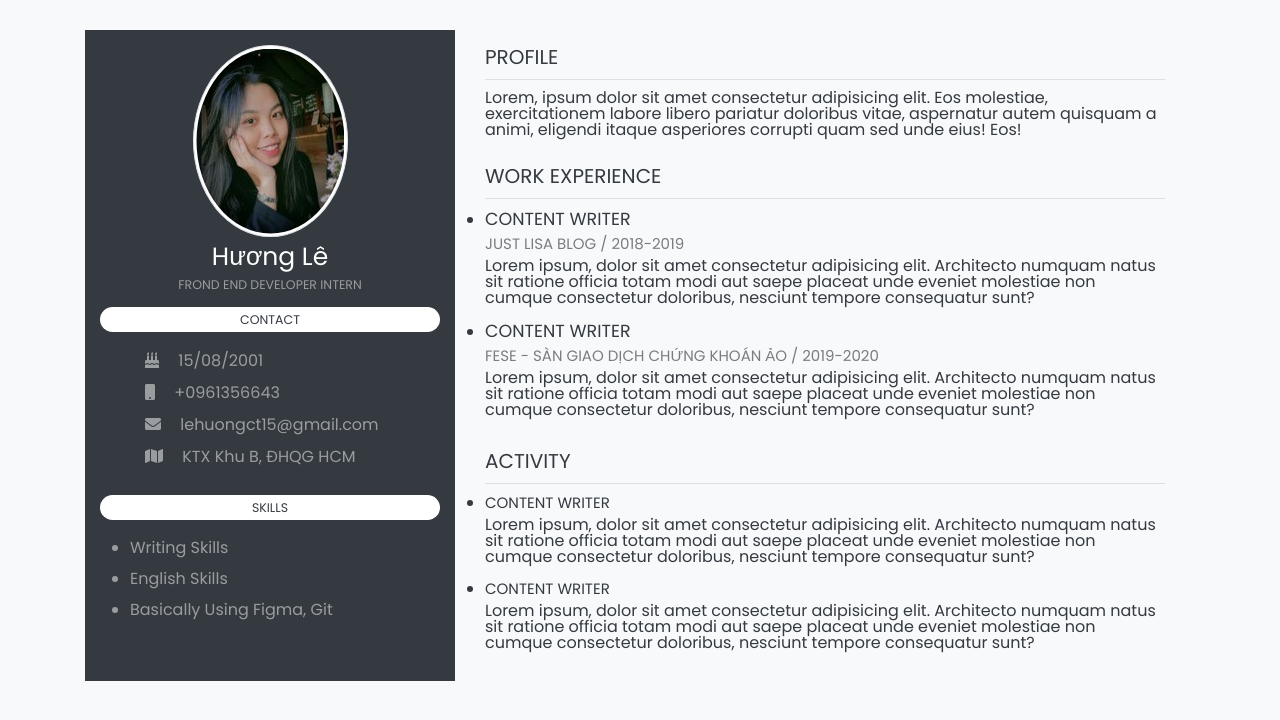
Repository: huongle158/cvhuongle
Page: index.html
An editor plug-in stored every save of this project. The page is shown before and after the next save, followed by the edit.
The browser window is 1280 px wide. The pictures show the whole page.
Some web libraries are served in a nearby version.

Above is the page before, as saved 2021-12-12 23:51:41.

After the next save:
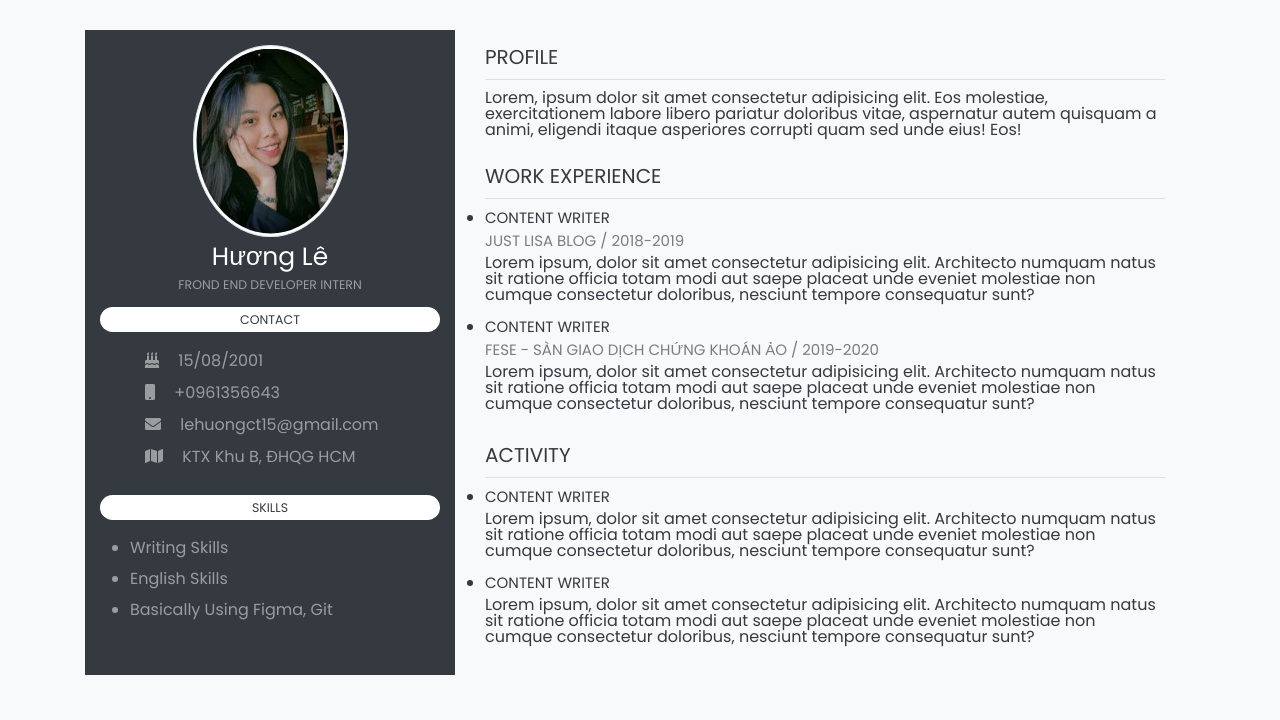
Saved 25 s later.
--- a/index.html
+++ b/index.html
@@ -85,12 +85,12 @@
                 <hr>
                 <ul class="list">
                 <li class="list-item mb-4">
-                    <h3 class="display-6 text-uppercase">Content Writer</h3>
+                    <h4 class="display-6 text-uppercase">Content Writer</h4>
                     <h4 class="text-uppercase text-black-50">Just Lisa blog  / 2018-2019</h4>
                     <p>Lorem ipsum, dolor sit amet consectetur adipisicing elit. Architecto numquam natus sit ratione officia totam modi aut saepe placeat unde eveniet molestiae non cumque consectetur doloribus, nesciunt tempore consequatur sunt?</p>
                 </li>
                  <li class="list-item mb-4">
-                    <h3 class="display-6 text-uppercase">Content Writer</h3>
+                    <h4 class="display-6 text-uppercase">Content Writer</h4>
                     <h4 class="text-uppercase text-black-50">FESE - Sàn Giao dịch Chứng khoán ảo  / 2019-2020</h4>
                     <p>Lorem ipsum, dolor sit amet consectetur adipisicing elit. Architecto numquam natus sit ratione officia totam modi aut saepe placeat unde eveniet molestiae non cumque consectetur doloribus, nesciunt tempore consequatur sunt?</p>
                 </li>
